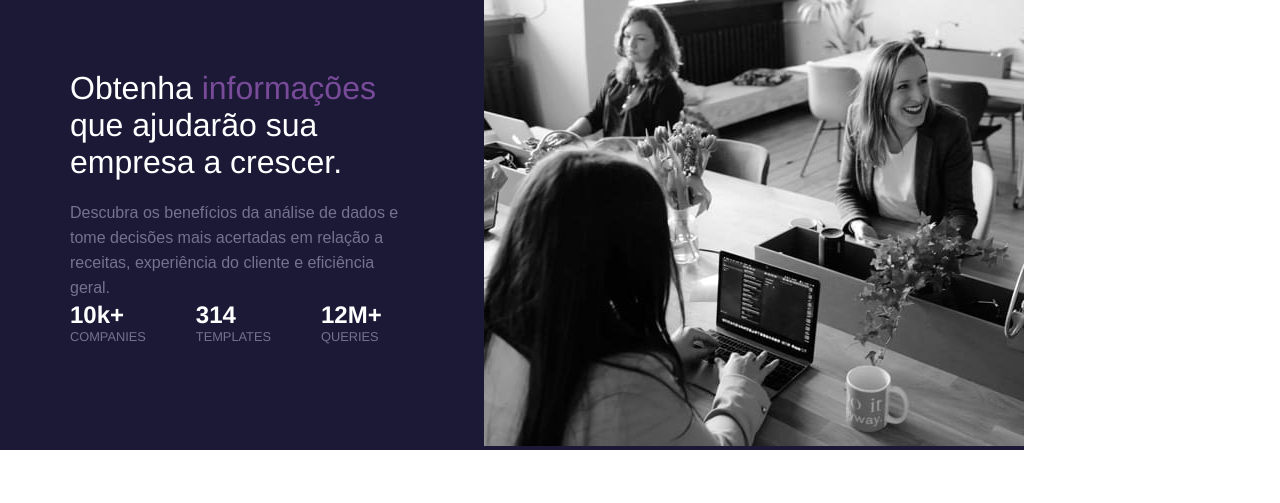
Repository: caique2512/componentes-de-estatisticas
Page: index.html
An editor plug-in stored every save of this project. The page is shown before and after the next save, followed by the edit.
The browser window is 1280 px wide. The pictures show the whole page.

Above is the page before, as saved 2026-03-03 17:33:40.

After the next save:
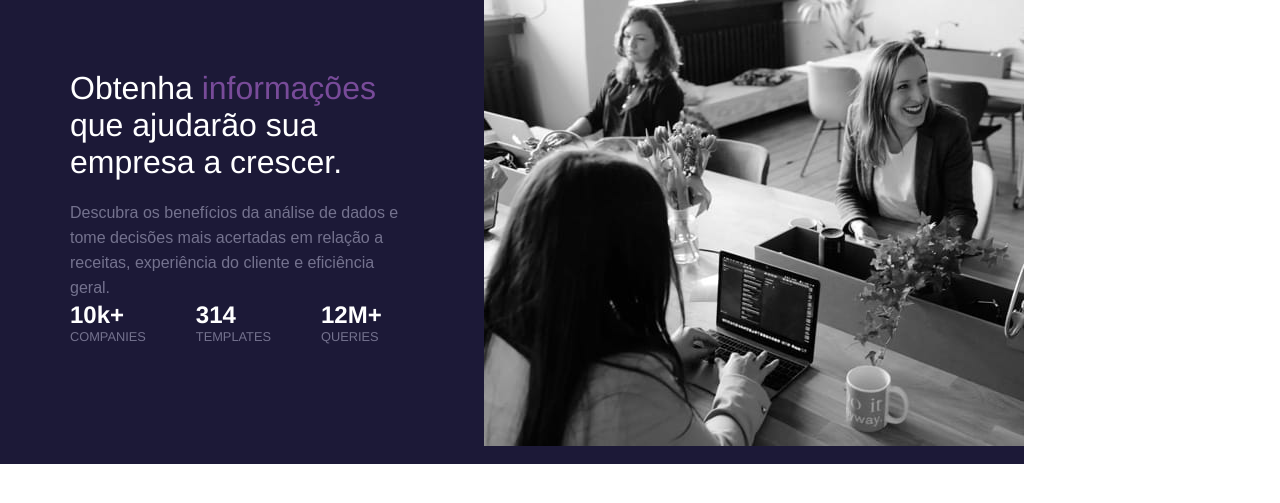
Saved 4 s later.
--- a/src/estilos.css
+++ b/src/estilos.css
@@ -29,7 +29,7 @@
 .conteudo-principal .estatisticas {
     display: flex;
     gap: 50px;
-    mar
+    margin-bottom: 50px;
 }
 
 .conteudo-principal .estatisticas .descricao {
